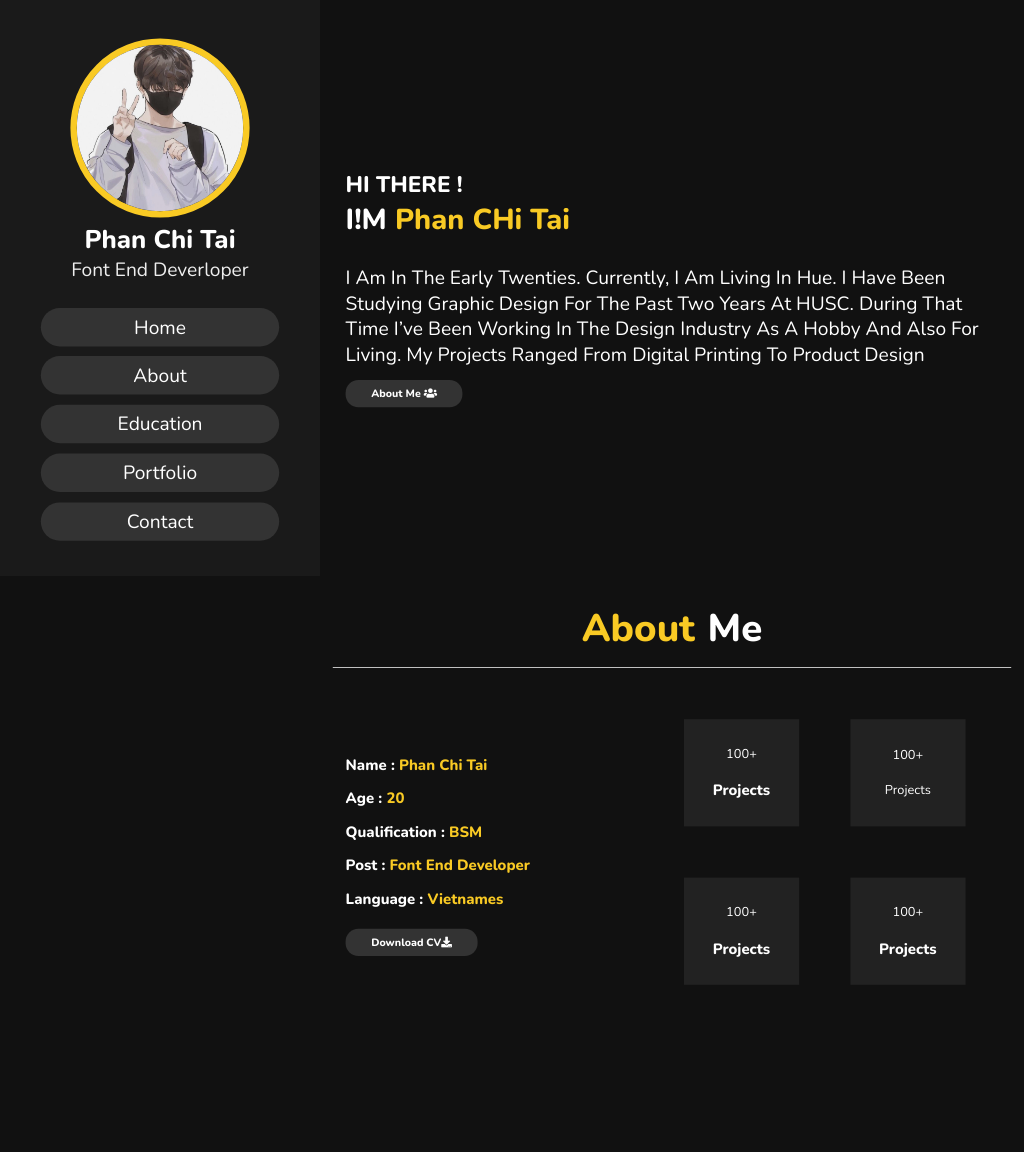
Repository: PCTai/My-profile
Page: index.html
An editor plug-in stored every save of this project. The page is shown before and after the next save, followed by the edit.
The browser window is 1280 px wide. The pictures show the whole page, at 80% of full size.
After loading, the first visible `a` was clicked once.

Above is the page before, as saved 2021-11-26 10:25:58.

### index.html
<!DOCTYPE html>
<html lang="en">
<head>
    <meta charset="UTF-8">
    <meta http-equiv="X-UA-Compatible" content="IE=edge">
    <meta name="viewport" content="width=device-width, initial-scale=1.0">
    <link rel="preconnect" href="https://fonts.googleapis.com">
    <link rel="preconnect" href="https://fonts.gstatic.com" crossorigin>
    <link href="https://fonts.googleapis.com/css2?family=Nunito:ital,wght@0,400;0,600;0,800;1,200;1,300&display=swap" rel="stylesheet">
    <link rel="stylesheet" href="/assets/font/fontawesome-free-5.15.3-web/css/all.css">

    <link rel="stylesheet" href="/assets/css/style.css">
    <link rel="stylesheet" href="/assets/css/reponsive.css">
    <title>Document</title>
</head>
<body>
    <!-- Header start -->
    <header>
        <div class="user">
            <img src="/assets/imgs/user.jpg" alt="">
            <h3 class="name">Phan Chi Tai</h3>
            <div class="post">Font End Deverloper</div>
        </div>
        <div class="navbar">
            <ul>
                <li><a href="#home">home</a></li>
                <li><a href="#about">About</a></li>
                <li><a href="#education">Education</a></li>
                <li><a href="#portfolio">Portfolio</a></li>
                <li><a href="#contact">Contact</a></li>
            </ul>
        </div>
    </header>
    <!-- Header end -->
    <div id="menu"class="fas fa-bars">
    </div>
    <!-- start home -->
    <section id="home" class="home">

        <h3>HI THERE !</h3>
        <h1>I!M <span>Phan CHi Tai</span></h1>
        <p>I am in the early twenties. Currently, I am living in Hue. I have been studying graphic design for the past two years at  HUSC. During that time I’ve been working in the design industry as a hobby and also for living. My projects ranged from digital printing to product design</p>
        <a href="#about"> <button class="btn">About me <i class="fas fa-users"></i></button></a>


    </section>
    <!-- end home -->
    <!-- start about -->
    <section id="about" class="about">
        <div class="heading"><h1><span>About</span>Me</h1></div>
        <div class="row">
            <div class="info">
                <h3>Name : <span>Phan Chi Tai</span></h3>
                <h3>Age : <span>20</span></h3>
                <h3>Qualification : <span>BSM</span></h3>
                <h3>Post : <span>Font End Developer</span></h3>
                <h3>Language : <span>Vietnames</span></h3>
                <a href="#about"> <button class="btn">Download CV<i class="fas fa-download"></i></button></a>
            </div>
            <div class="counter">
                <div class="box">
                    <span>100+</span>
                    <br>
                    <h3>projects</h3>
                </div>
                <div class="box">
                    <span>100+</span>
                    <br>
                    <p>projects</p>
                </div>
                <div class="box">
                    <span>100+</span>
                    <br>
                    <h3>projects</h3>
                </div>
                <div class="box">
                    <span>100+</span>
                    <br>
                    <h3>projects</h3>
                </div>
            </div>
        </div>
    </section>
    <!-- end about -->
    <script src="/app.js"></script>
</body>
</html>

### assets/css/style.css
:root{
    --yellow: #f9ca24;
}
*{
    font-family: 'Nunito', sans-serif;
    margin: 0;padding: 0;
    box-sizing: border-box;
    text-decoration: none;
    outline: none;border: none;
    text-transform: capitalize;
    transition: all .2s linear;
}
html{
    font-size: 62,5%;
    overflow: hidden;
}
::selection{
    background-color: var(--yellow);
    color: #333;

}
html::-webkit-scrollbar{
    width: 2rem;
}
html::-webkit-scrollbar-track{
    background-color: #333;
}
html::-webkit-scrollbar-thumb{
    background-color: var(--yellow);
}
body{
    padding-left: 25rem;
    background: #111;
}
header{
    position: fixed;
    top: 0;
    left: 0;
    z-index: 1000;
    height: 100%;
    display: flex;
    flex-direction: column;
    justify-content: center;
    align-items: center;
    width: 25rem;
    background-color: #1a1a1a;
}

.user img{
    margin-top: 2rem;
    height: 14rem;
    width: 14rem;
    border-radius: 50%;
    object-fit: cover;
    border: 0.5rem solid var(--yellow);

}
header .user .name{
    text-align: center;
    font-size: 2rem;
    color: #fff;
}
header .user .post{
    text-align: center;
    font-size: 1.5rem;
    color: #eee;
}
header .navbar ul{
    margin-top: 1rem;
    list-style: none;
    padding: 1rem 3rem;
}
header .navbar ul li a:hover{
    background-color: var(--yellow);
}
header .navbar ul li a{
    display: block;
    padding: 0.5rem 6rem;
   margin-bottom: 0.8rem;
   background-color: #333;
   color: #fff;
   font-size: 1.5rem;
   border-radius: 5rem;
   text-align: center;
   cursor: pointer;
}
#menu:hover{
    color: var(--yellow);
}


#menu{
    position: fixed;
    z-index: 1000;
    top: 1rem;
    right: 1rem;
    color: #fff;
    padding: 1rem;
    background-color: #222;
    font-size: 2rem;
    cursor: pointer;
}
section{
    min-height: 100vh;
    padding: 1rem;
}
/* home */
.home{
    font-size: 1.5rem;
    color: #fff;
    display: flex;
    flex-direction: column;
    padding: 0 2rem;
    justify-content: center;
}
.btn:hover{
    background-color: var(--yellow);
    cursor: pointer;
}
.btn{
    padding: 0.5rem 2rem;
    border-radius: 1rem;
    margin-top: 1rem;
    font-weight: bold;
    background-color: #333;
    color: #fff;
}
.home span{
    color: var(--yellow);
    margin-bottom: 2rem;

}
.home h1{
    margin-bottom: 2rem;

}
/* about */
.about{
    color: #fff;

}
.heading{
    font-size: 2rem;
    text-align: center;
    padding: 1rem;
    border-bottom: 0.1rem solid #eee;

}
.heading span{
    color: var(--yellow);
    padding-right: 1rem;
}
.info{
    flex: 1 1 45%;
    padding: 1rem;
    padding-left: 1rem;

}
.info span{
    color: var(--yellow);
}
.info h3{
    padding: 0.5rem 0;
}
.row{
    margin-top: 2rem;
    display: flex;
    justify-content: center;
    align-items: center;
    flex-wrap: wrap;

}
.counter{
    flex:1 1 55%;
    width: 55%;
    justify-content: center;
    display: flex;
    flex-wrap: wrap;

}
.box{
    background-color: #222;
    width: 7.5rem;
    padding: 2rem 0;
    text-align: center;
    margin: 0.5rem;
    display: flex;
    flex-direction: column;
    align-items: center;
    justify-content: center;

}

### assets/css/reponsive.css

@media (min-width:1200px){
    #menu{
        display: none;
    }
    .box{
        width: 10rem;
        margin: 2rem;
    }
}
@media (min-width:1025px){
    #menu{
        display: none;
    }
    .box{
        width: 9rem;
    }
}
@media (max-width:1024px){
    header{
        left: -125%;
    }
    body{
        padding: 0 2rem;
    }
    #menu{
        display: block;
    }
    .box{
        width: 9rem;
        margin: 1.5rem;
    }
}
@media (max-width:486px){

    section{
        width: 100%;
        font-size: 60%;
        padding: 2rem 0;
        margin: 0;
    }
    header{

        width: 100vw;
    }
    .toggle{
        left: -125% ;
    }
   .info,.counter{
        width: 100%;
   }
   .about{
       font-size: 80%;
   }
   .heading{
       font-size: 1.4rem;
   }
   .box{
    width: 100%;
    margin: 1rem 0;
    }

}
@media (max-width:939px){
    .row{
        flex-direction: column;
    }
    .info,.counter{
        width: 100%;
   }

}

### app.js

var menu=document.getElementById('menu');
var header=document.querySelector('header');
menu.onclick=function(e){
    if(this.className=='fas fa-bars'){
        this.classList.remove('fa-bars');
        this.classList.add('fa-times');
        header.style='left:0%';
    }
    else{
        this.classList.remove('fa-times');
        this.classList.add('fa-bars');
        header.style='left:-125%';
    }
};
var section = document.querySelectorAll('header .navbar ul li a');
for(var i=0 ; i<section.length;i++){
    // console.log(section[i]);
    section[i].onclick =function(){
        // header.classList.add('toggle');
        // if(header.className='toggle')
        //     header.classList.remove('toggle');

        // menu.classList.remove('fa-times');
        // menu.classList.add('fa-bars');
    }

}

Loaded but not shown: assets/font/fontawesome-free-5.15.3-web/css/all.css (library)

After the next save:
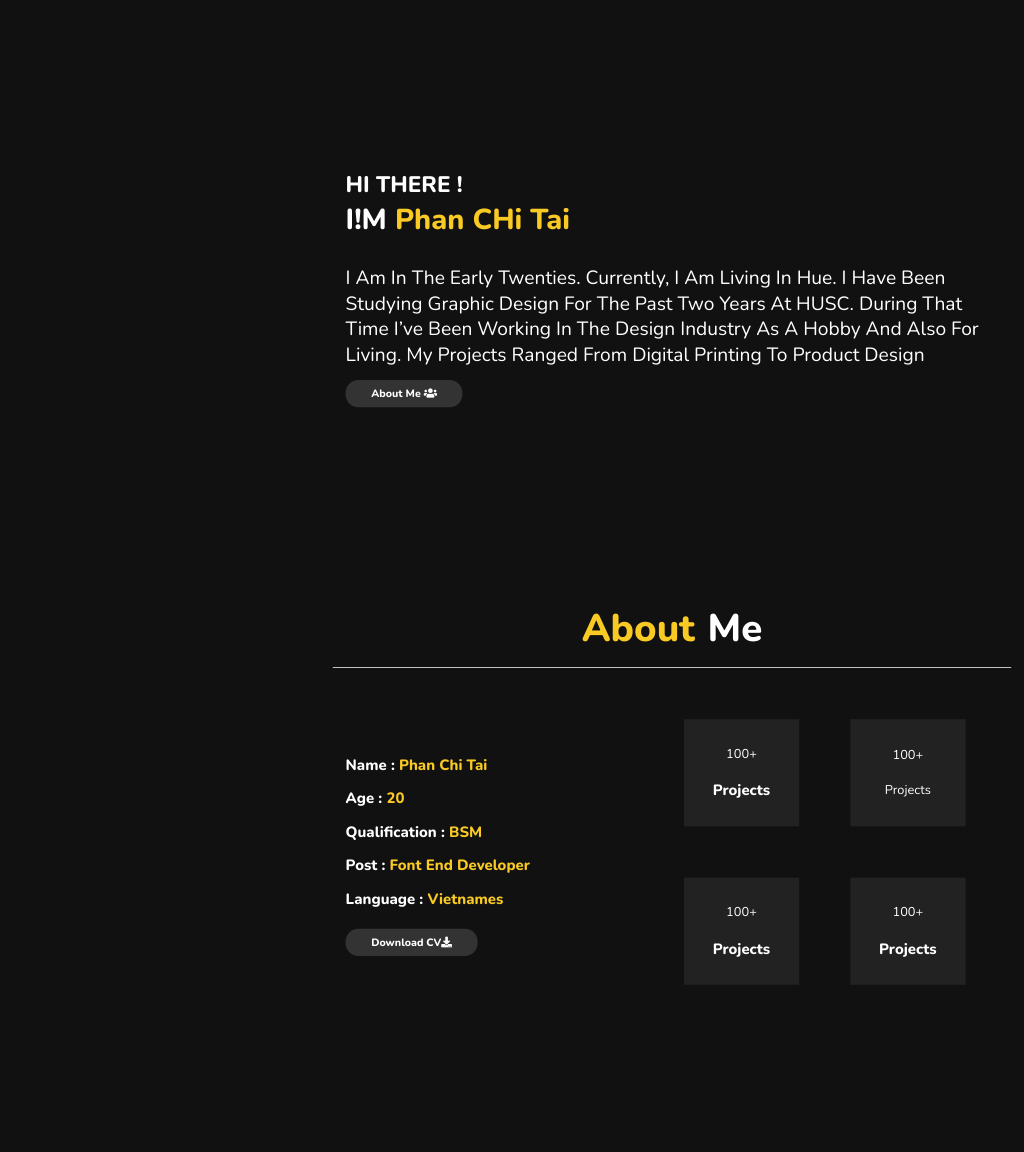
Saved 71 s later.
--- a/app.js
+++ b/app.js
@@ -17,12 +17,9 @@
 for(var i=0 ; i<section.length;i++){
     // console.log(section[i]);
     section[i].onclick =function(){
-        // header.classList.add('toggle');
-        // if(header.className='toggle')
-        //     header.classList.remove('toggle');
-
-        // menu.classList.remove('fa-times');
-        // menu.classList.add('fa-bars');
+        header.style='left:-125%';
+        menu.classList.remove('fa-times');
+        menu.classList.add('fa-bars');
     }
 
 }

After the save that followed:
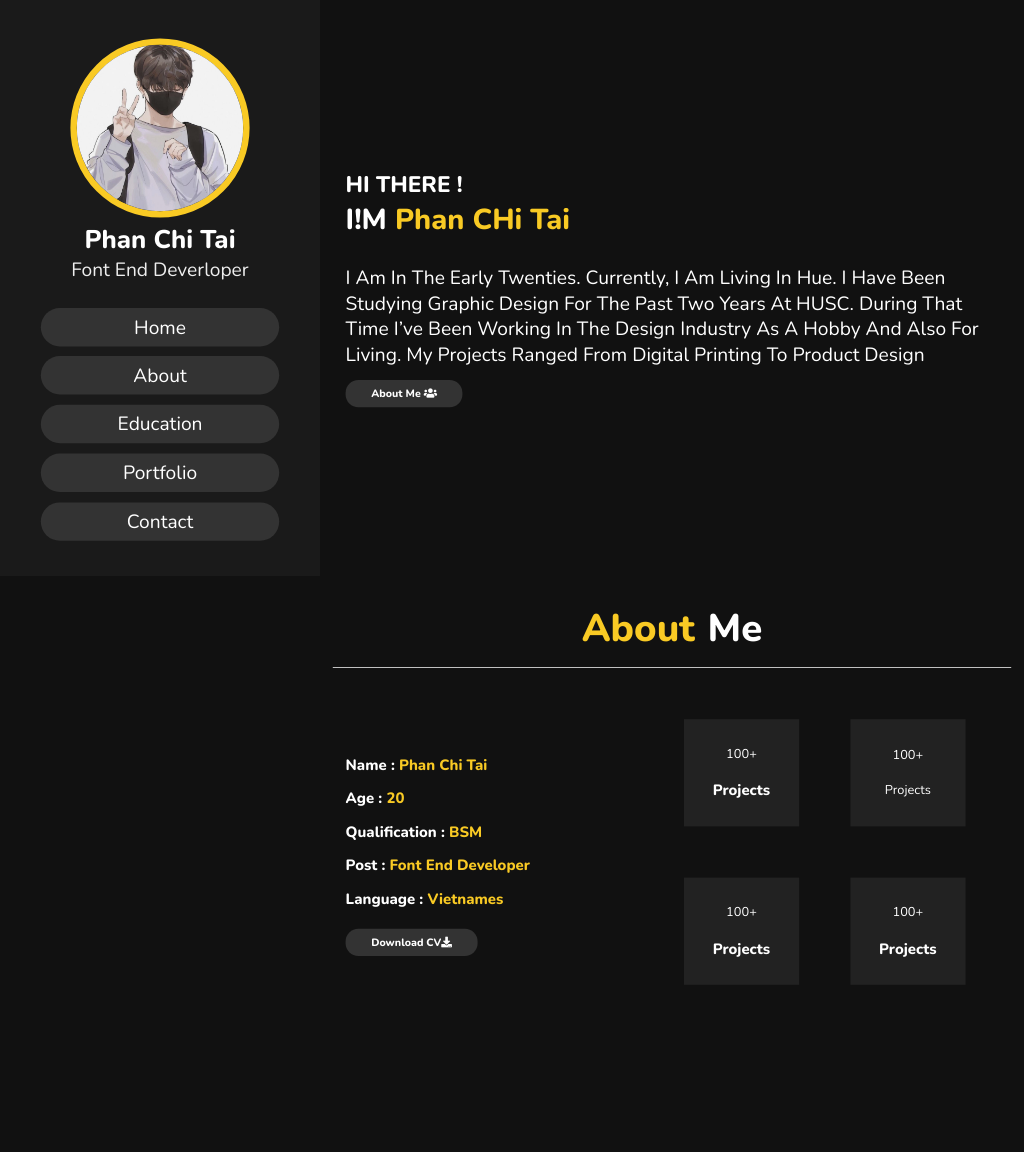
Saved 119 s later.
--- a/app.js
+++ b/app.js
@@ -17,9 +17,12 @@
 for(var i=0 ; i<section.length;i++){
     // console.log(section[i]);
     section[i].onclick =function(){
-        header.style='left:-125%';
-        menu.classList.remove('fa-times');
-        menu.classList.add('fa-bars');
+        if(screen.width<'1024px'){
+            header.style='left:-125%';
+            menu.classList.remove('fa-times');
+            menu.classList.add('fa-bars');
+        }
+
     }
 
 }
